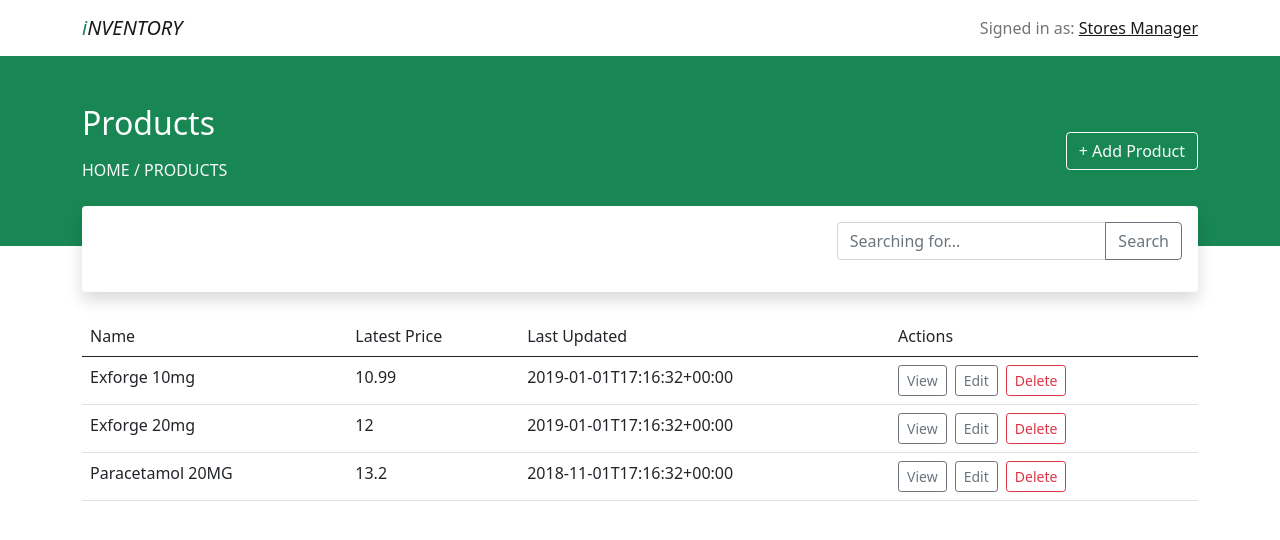
Repository: tHEO2k17/inventory-manager
Page: /
The author's editor kept a copy of each file at every save. The page is drawn from the files as they stood at one save, then again after the next save.
The browser window is 1280 px wide. The pictures show the whole page.
The project was rebuilt for these pictures with package versions that can differ from the ones it lists, and the page was loaded fresh each time.

Above is the page before, as saved 2021-08-31 09:33:48.

After the next save:
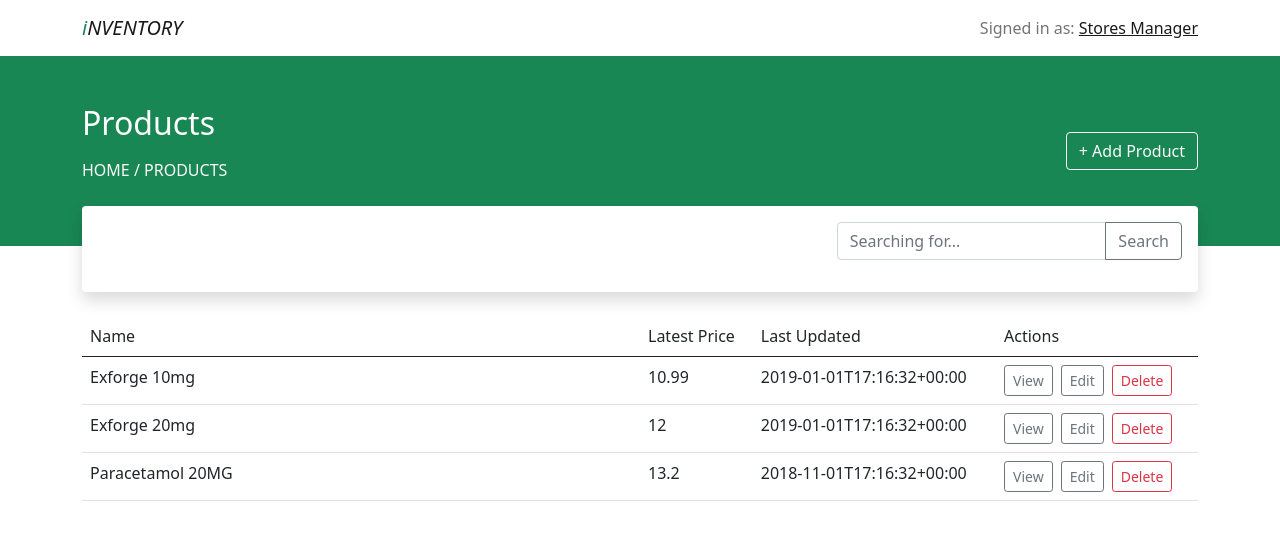
Saved 31 s later.
--- a/src/presentation/pages/ProductsPage.tsx
+++ b/src/presentation/pages/ProductsPage.tsx
@@ -38,7 +38,7 @@ export default class ProductsPage extends Component {
                     <Table>
                         <thead>
                             <tr>
-                                <td>Name</td>
+                                <td width="50%">Name</td>
                                 <td>Latest Price</td>
                                 <td>Last Updated</td>
                                 <td>Actions</td>
